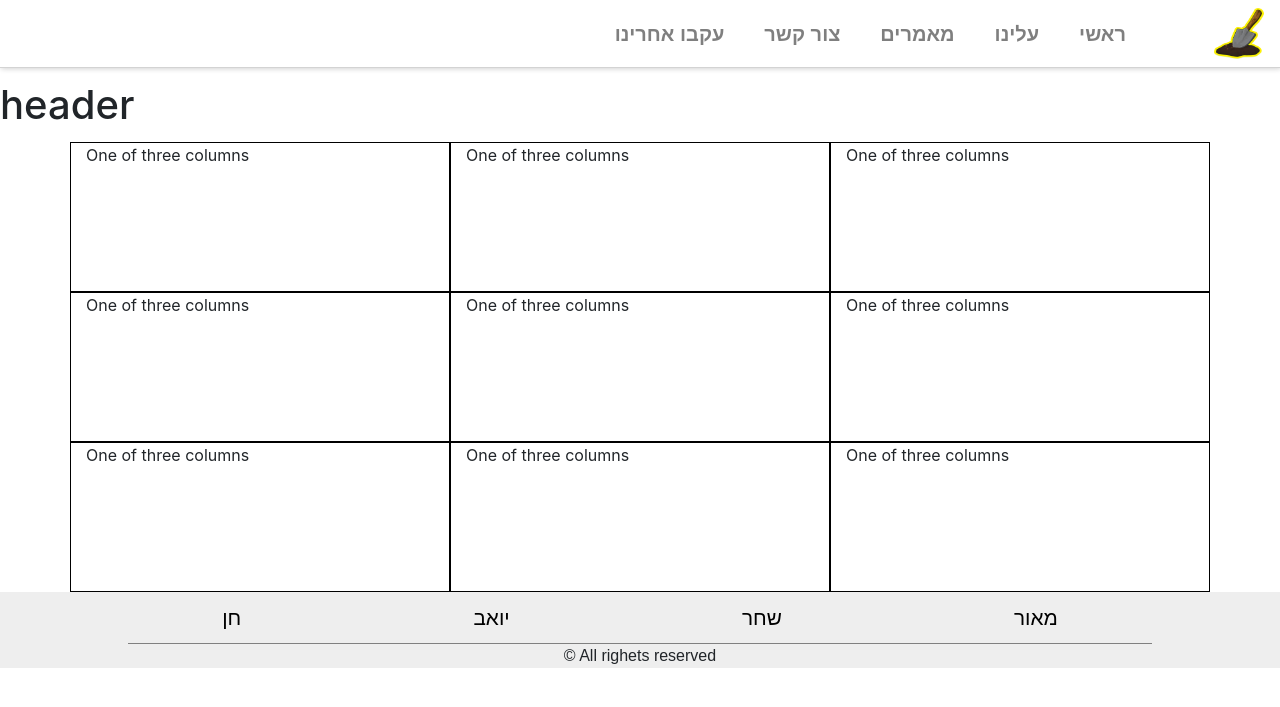
Repository: yoavBenZion/Blog-Zubi
Page: articlesPage.html
These files come from the project's save history. The page is drawn as it stood at one moment and after the next save; the edit follows.
The browser window is 1280 px wide. The pictures show the whole page.
Some web fonts or font styles are not loaded; a fallback is used. Some web libraries are served in a nearby version.

Above is the page before, as saved 2017-10-26 11:34:33.

### articlesPage.html
<!DOCTYPE html>
<html lang="he">

<head>
    <meta charset="UTF-8">
    <meta name="viewport" content="width=device-width, initial-scale=1,user-scalable=no;">
    <title>החופרים</title>
    <link rel="stylesheet" href="https://maxcdn.bootstrapcdn.com/bootstrap/4.0.0-beta/css/bootstrap.min.css" integrity="sha384-/Y6pD6FV/Vv2HJnA6t+vslU6fwYXjCFtcEpHbNJ0lyAFsXTsjBbfaDjzALeQsN6M"
        crossorigin="anonymous">
    <link rel="stylesheet" href="https://maxcdn.bootstrapcdn.com/bootstrap/4.0.0-beta.2/css/bootstrap.min.css" integrity="sha384-PsH8R72JQ3SOdhVi3uxftmaW6Vc51MKb0q5P2rRUpPvrszuE4W1povHYgTpBfshb"
        crossorigin="anonymous">

    <script src="https://code.jquery.com/jquery-3.2.1.slim.min.js" integrity="sha384-KJ3o2DKtIkvYIK3UENzmM7KCkRr/rE9/Qpg6aAZGJwFDMVNA/GpGFF93hXpG5KkN"
        crossorigin="anonymous"></script>
    <script src="https://cdnjs.cloudflare.com/ajax/libs/popper.js/1.12.3/umd/popper.min.js" integrity="sha384-vFJXuSJphROIrBnz7yo7oB41mKfc8JzQZiCq4NCceLEaO4IHwicKwpJf9c9IpFgh"
        crossorigin="anonymous"></script>
    <script src="https://maxcdn.bootstrapcdn.com/bootstrap/4.0.0-beta.2/js/bootstrap.min.js" integrity="sha384-alpBpkh1PFOepccYVYDB4do5UnbKysX5WZXm3XxPqe5iKTfUKjNkCk9SaVuEZflJ"
        crossorigin="anonymous"></script>
    <link rel="stylesheet" href="css/Gridrispon.css" type="text/css">
    <link rel="stylesheet" href="css/header.css" type="text/css">
    <link rel="stylesheet" href="css/PopupRispon.css">
    <link rel="stylesheet" href="css/footer.css">
    <link rel="stylesheet" type="text/css" href="css/articlesPage.css">



</head>

<body dir="rtl">
    <header>

        <nav class="navbar navbar-expand-sm navbar-light bg-faded">
            <button class="navbar-toggler" type="button" data-toggle="collapse" data-target="#nav-content" aria-controls="nav-content"
                aria-expanded="false" aria-label="Toggle navigation">
                <span class="navbar-toggler-icon"></span>
            </button>
            <div class="logo">
                <img src="./img/shovel-575661_1280.png">
            </div>
            <!-- Brand -->
            <a class="navbar-brand" href="#"> </a>

            <!-- Links -->
            <div class="collapse navbar-collapse" id="nav-content">
                <ul class="navbar-nav">
                    <li class="nav-item">
                        <a class="nav-link" href="#1">ראשי</a>
                    </li>
                    <li class="nav-item">
                        <a class="nav-link" href="#2">עלינו</a>
                    </li>
                    <li class="nav-item">
                        <a class="nav-link" href="#5">מאמרים</a>
                    </li>
                    <li class="nav-item">
                        <a class="nav-link" href="contact.html">צור קשר</a>
                    </li>
                    <li class="nav-item">
                        <a class="nav-link" href="subscribe.html">עקבו אחרינו</a>
                    </li>

                </ul>

            </div>

        </nav>

    </header>


    <h1>header</h1>
    <div class="container">
        <div class="row">
            <div class="col">
                One of three columns
            </div>
            <div class="col">
                One of three columns
            </div>
            <div class="col">
                One of three columns
            </div>
        </div>
        <div class="row">
            <div class="col">
                One of three columns
            </div>
            <div class="col">
                One of three columns
            </div>
            <div class="col">
                One of three columns
            </div>
        </div>
        <div class="row">
            <div class="col">
                One of three columns
            </div>
            <div class="col">
                One of three columns
            </div>
            <div class="col">
                One of three columns
            </div>
        </div>
    </div>

    <footer id="footer">
        <ul>
            <li class="box">
                <a class="button" href="#popup3">
                    מאור
                </a>
            </li>
            <li class="box">
                <a class="button" href="#popup2">
                    שחר
                </a>
            </li>
            <li class="box">
                <a class="button" href="#popup1">
                    יואב
                </a>
            </li>
            <li>
                <a class="button" href="#popup4">
                    חן
                </a>
            </li>
        </ul>
        </div>
        <!--yoav popup-->
        <div id="popup1" class="overlay">
            <div class="popup">
                <h2>Yoav Benzion</h2>
                <a class="close" href="#footer">&times;</a>
                <div class="content">
                    <div class="footer-social-icons">
                        <img class="avatar" src="img/yoav.jfif">
                        <p>front end web developer</p>
                        <h4 class="_14">Follow me on:</h4>
                        <ul class="social-icons">
                            <li>
                                <a href="https://www.facebook.com/yoav.benzion.5" target="_blank" class="social-icon">
                                    <i class="fa fa-facebook"></i>
                                </a>
                            </li>
                            <li>
                                <a href="https://twitter.com/Yoav_BenZion" target="_blank" class="social-icon">
                                    <i class="fa fa-twitter"></i>
                                </a>
                            </li>
                            <li>
                                <a href="https://github.com/yoavBenZion" target="_blank" class="social-icon">
                                    <i class="fa fa-github"></i>
                                </a>
                            </li>
                            <li>
                                <a href="https://codepen.io/yoavBZ/" target="_blank" class="social-icon">
                                    <i class="fa fa-codepen"></i>
                                </a>
                            </li>
                            <li>
                                <a href="https://www.linkedin.com/in/yoav-benzion-45818360/" target="_blank" class="social-icon">
                                    <i class="fa fa-linkedin"></i>
                                </a>
                            </li>
                            <li>
                                <a href="https://stackoverflow.com/users/8386160/yoav-b" target="_blank" class="social-icon">
                                    <i class="fa fa-stack-overflow"></i>
                                </a>
                            </li>
                        </ul>
                    </div>
                </div>
            </div>
        </div>
        <!--Shachar popup-->
        <div id="popup2" class="overlay">
            <div class="popup">
                <h2>Shachar</h2>
                <a class="close" href="#footer">&times;</a>
                <div class="content">
                    <div class="footer-social-icons">
                        <img class="avatar" src="img/kid.jpg">
                        <p>front end web developer</p>
                        <h4 class="_14">Follow me on:</h4>
                        <ul class="social-icons">
                            <li>
                                <a href="" class="social-icon">
                                    <i class="fa fa-facebook"></i>
                                </a>
                            </li>
                            <li>
                                <a href="" class="social-icon">
                                    <i class="fa fa-twitter"></i>
                                </a>
                            </li>
                            <li>
                                <a href="" class="social-icon">
                                    <i class="fa fa-github"></i>
                                </a>
                            </li>
                            <li>
                                <a href="" class="social-icon">
                                    <i class="fa fa-codepen"></i>
                                </a>
                            </li>
                            <li>
                                <a href="" class="social-icon">
                                    <i class="fa fa-linkedin"></i>
                                </a>
                            </li>
                            <li>
                                <a href="" class="social-icon">
                                    <i class="fa fa-stack-overflow"></i>
                                </a>
                            </li>
                        </ul>
                    </div>
                </div>
            </div>
        </div>

        <!--Maor popup-->

        <div id="popup3" class="overlay">
            <div class="popup">
                <h2>Maor</h2>
                <a class="close" href="#footer">&times;</a>
                <div class="content">
                    <div class="footer-social-icons">
                        <img class="avatar" src="img/mona.jpg">
                        <p>front end web developer</p>
                        <h4 class="_14">Follow me on:</h4>
                        <ul class="social-icons">
                            <li>
                                <a href="" class="social-icon">
                                    <i class="fa fa-facebook"></i>
                                </a>
                            </li>
                            <li>
                                <a href="" class="social-icon">
                                    <i class="fa fa-twitter"></i>
                                </a>
                            </li>
                            <li>
                                <a href="" class="social-icon">
                                    <i class="fa fa-github"></i>
                                </a>
                            </li>
                            <li>
                                <a href="" class="social-icon">
                                    <i class="fa fa-codepen"></i>
                                </a>
                            </li>
                            <li>
                                <a href="" class="social-icon">
                                    <i class="fa fa-linkedin"></i>
                                </a>
                            </li>
                            <li>
                                <a href="" class="social-icon">
                                    <i class="fa fa-stack-overflow"></i>
                                </a>
                            </li>
                        </ul>
                    </div>
                </div>
            </div>
        </div>

        <!--Chen popup-->
        <div id="popup4" class="overlay">
            <div class="popup">
                <h2>Chen Ginsberg</h2>
                <a class="close" href="#footer">&times;</a>
                <div class="content">
                    <!--          <div class="footer-social-icons">-->
                    <img class="avatar" src="img/MINER.jpg">
                    <p>front end web developer</p>
                    <h4 class="_14">Follow me on:</h4>
                    <ul class="social-icons">
                        <li>
                            <a href="https://www.facebook.com/chenogi" class="social-icon">
                                <i class="fa fa-facebook"></i>
                            </a>
                        </li>
                        <li>
                            <a href="https://github.com/ChenGinsberg?" class="social-icon">
                                <i class="fa fa-github"></i>
                            </a>
                        </li>
                        <li>
                            <a href="https://www.linkedin.com/in/chen-ginsberg-8829a713b/" class="social-icon">
                                <i class="fa fa-linkedin"></i>
                            </a>
                        </li>
                        <li>
                            <a href="https://stackoverflow.com/users/8377318/chen-ginsberg" class="social-icon">
                                <i class="fa fa-stack-overflow"></i>
                            </a>
                        </li>
                    </ul>
                </div>
            </div>
        </div>



        <div class="footer-bottem" dir="ltr">&copy; All righets reserved </div>
    </footer>
    <script src="https://code.jquery.com/jquery-3.2.1.slim.min.js" integrity="sha384-KJ3o2DKtIkvYIK3UENzmM7KCkRr/rE9/Qpg6aAZGJwFDMVNA/GpGFF93hXpG5KkN"
        crossorigin="anonymous"></script>
    <script src="https://cdnjs.cloudflare.com/ajax/libs/popper.js/1.11.0/umd/popper.min.js" integrity="sha384-b/U6ypiBEHpOf/4+1nzFpr53nxSS+GLCkfwBdFNTxtclqqenISfwAzpKaMNFNmj4"
        crossorigin="anonymous"></script>
    <script src="https://maxcdn.bootstrapcdn.com/bootstrap/4.0.0-beta/js/bootstrap.min.js" integrity="sha384-h0AbiXch4ZDo7tp9hKZ4TsHbi047NrKGLO3SEJAg45jXxnGIfYzk4Si90RDIqNm1"
        crossorigin="anonymous"></script>
</body>

</html>

### css/footer.css
@import url(http://fonts.googleapis.com/earlyaccess/alefhebrew.css);
footer {
  background-color: #eee;
  text-align: center;
  font-family: "Alef Hebrew", sans-serif;
  font-size: 1.3rem;
}

footer ul {
  display: flex;
  flex-direction: row;
  padding-right: 0;
  justify-content: space-evenly;
}

footer ul>li {
  list-style: none;
  padding: 10px;
  /*  background-color: #29C3FF;*/
}

footer ul>li:nth-child(odd) {
  color: #93A2A8;
}

footer ul>li:nth-child(even) {
  color: #E2DDE7;
}

footer ul>li:hover {
  background-color: #fff;
  /*  flex: 1;*/
  /*  font-size: 1.5rem;*/
  color: #E2DD11;
  /*  background-repeat: no-repeat;*/
}


/*
footer ul {
  display: grid;
  grid-template-columns: repeat(4, 1fr);
  grid-auto-rows:minmax(50px, auto);
  margin-right: -40px;
 grid-gap: 0.5em;
}
*/

.about,
.footer-bottem {
  text-align: center;
  width: 80%;
  margin: 0 auto;
}

.about {
  border-bottom: 1px dotted black;
}

.footer-bottem {
  border-top: 0.5px solid grey;
  font-size: 1rem;
}

### css/articlesPage.css
/* Grid */

body {
    background-color: ;
}

.col {
    padding-: 125px;
    height: 150px;
    border: 1px solid black;
}

Loaded but not shown: css/PopupRispon.css (986 lines, source omitted); css/Gridrispon.css (977 lines, source omitted); css/header.css (no stored copy; drawn as an empty file)

After the next save:
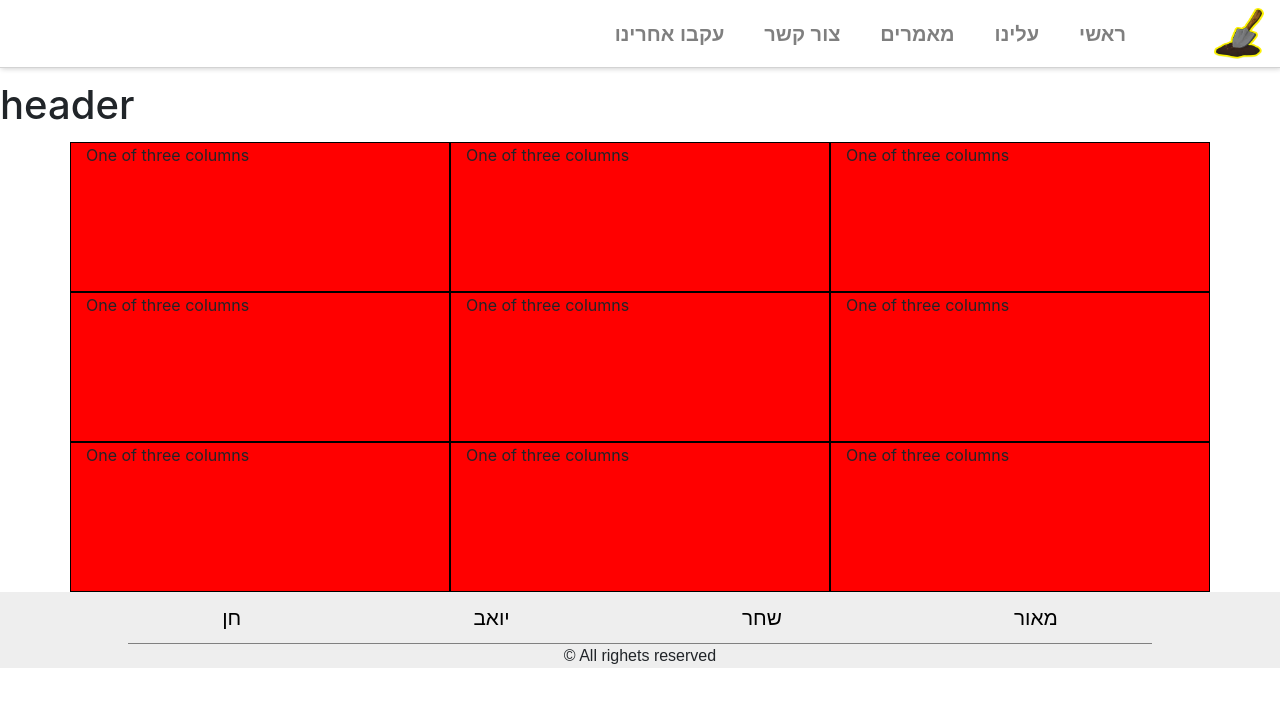
Saved 14 s later.
--- a/css/articlesPage.css
+++ b/css/articlesPage.css
@@ -5,7 +5,7 @@ body {
 }
 
 .col {
-    padding-: 125px;
+    background-color: red;
     height: 150px;
     border: 1px solid black;
 }
